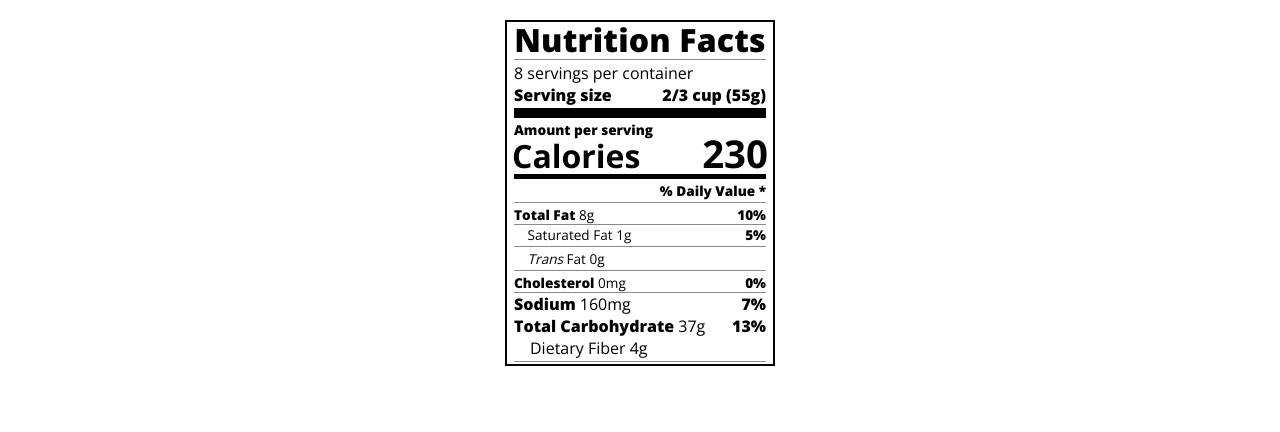
Repository: AimenDje/NutritionLabel
Page: index.html
An editor plug-in stored every save of this project. The page is shown before and after the next save, followed by the edit.
The browser window is 1280 px wide. The pictures show the whole page.

Above is the page before, as saved 2025-08-30 23:30:40.

After the next save:
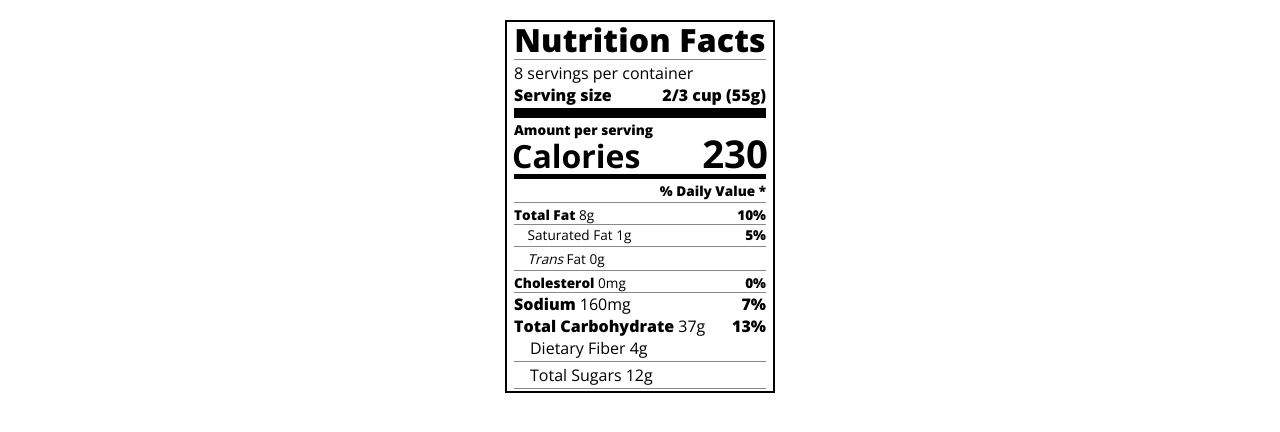
Saved 96 s later.
--- a/index.html
+++ b/index.html
@@ -38,7 +38,9 @@
       <p><span><span class="bold">Sodium</span> 160mg </span> <span class="bold">7%</span> </p>
       <p><span><span class="bold">Total Carbohydrate</span> 37g</span> <span class="bold">13%</span></p>
       <p class="indent no-divider">Dietary Fiber 4g </p>
-      <div class="divider"> </div>
+      <div class="divider"></div>
+      <p class="indent no-divider"> Total Sugars 12g</p>
+      <div class="divider"></div>
     </div>
   </div>
   </div>
